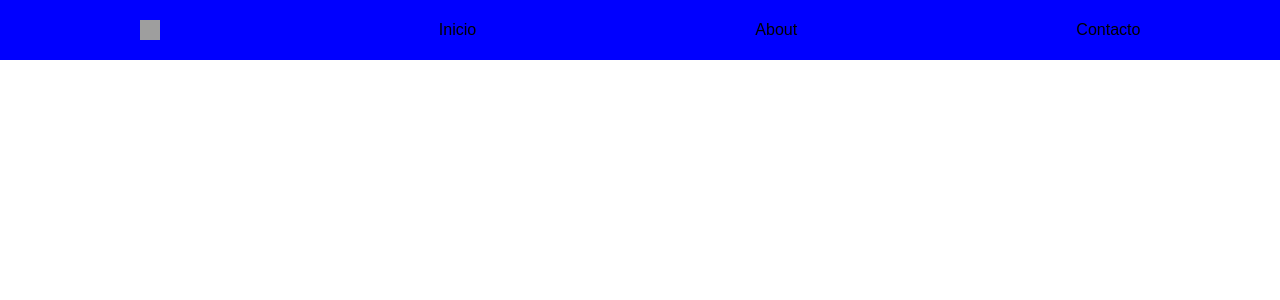
Repository: Toydrum/React-HectorCoronado
Page: /
These files come from the project's save history. The page is drawn as it stood at one moment and after the next save; the edit follows.
The browser window is 1280 px wide. The pictures show the whole page.
Pictures or frames that could not be fetched are drawn as grey boxes. The project was rebuilt for these pictures with package versions that can differ from the ones it lists, and the page was loaded fresh each time.

Above is the page before, as saved 2023-06-03 06:04:48.

After the next save:
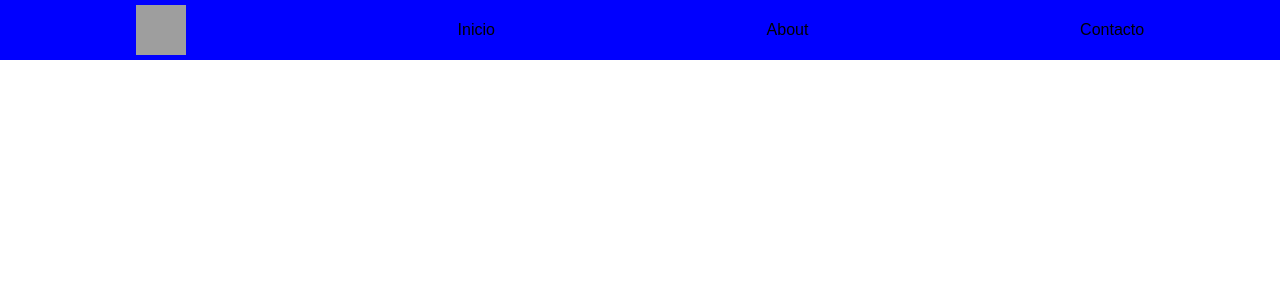
Saved 8 s later.
--- a/src/components/Navbar/Navbar.css
+++ b/src/components/Navbar/Navbar.css
@@ -1,5 +1,5 @@
 img {
-height: 20px;
-width: 20px;
+height: 50px;
+width: 50px;
 
 }
